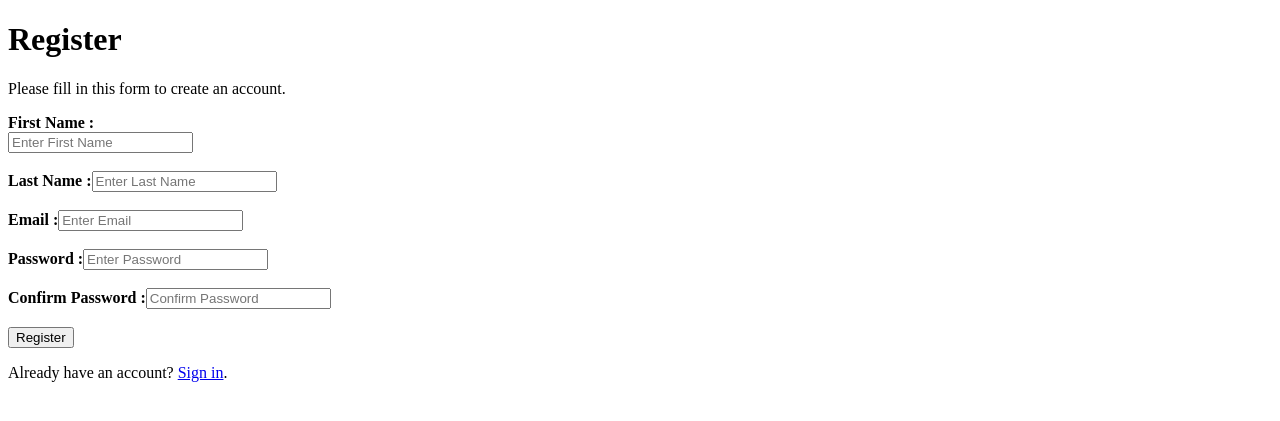
Repository: 1919satya/Mode2
Page: sample/sample/WebContent/sample.html
An editor plug-in stored every save of this project. The page is shown before and after the next save, followed by the edit.
The browser window is 1280 px wide. The pictures show the whole page.

Above is the page before, as saved 2019-10-09 09:46:30.

### sample/sample/WebContent/sample.html
<!DOCTYPE html>
<html>
<head>
<meta charset="ISO-8859-1">
<title>Insert title here</title>
</head>
<body>
<table>
<form >
  <div class="container">
    <h1>Register</h1>
    <p>Please fill in this form to create an account.</p>

    <b>First Name :</b>
    <tr><input type="text" placeholder="Enter First Name" name="firstName" required></tr> <br/><br/>
    <b>Last Name :</b>
    <tr><input type="text" placeholder="Enter Last Name" name="lastName" required></tr> <br/><br/>
    <b>Email :</b>
    <tr><input type="text" placeholder="Enter Email" name="email" required> <br/><br/></tr>

    <b>Password :</b>
    <tr><input type="password" placeholder="Enter Password" name="psw" required> <br/><br/></tr>

    <b>Confirm Password :</b>
    <input type="password" placeholder="Confirm Password" name="psw-repeat" required> <br/><br/>

    <button type="submit" class="registerbtn">Register</button>
  </div>

  <div class="container signin">
    <p>Already have an account? <a href="#">Sign in</a>.</p>
  </div>
</form>
</table>
</body>
</html>

After the next save:
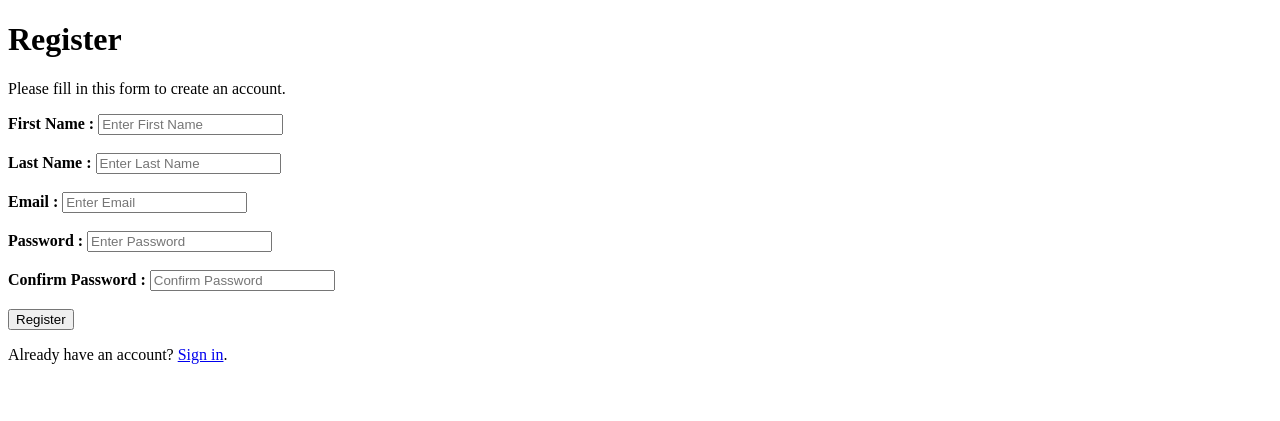
Saved 45 s later.
--- a/sample/sample/WebContent/sample.html
+++ b/sample/sample/WebContent/sample.html
@@ -5,21 +5,21 @@
 <title>Insert title here</title>
 </head>
 <body>
-<table>
+
 <form >
   <div class="container">
     <h1>Register</h1>
     <p>Please fill in this form to create an account.</p>
 
     <b>First Name :</b>
-    <tr><input type="text" placeholder="Enter First Name" name="firstName" required></tr> <br/><br/>
+    <input type="text" placeholder="Enter First Name" name="firstName" required><br/><br/>
     <b>Last Name :</b>
-    <tr><input type="text" placeholder="Enter Last Name" name="lastName" required></tr> <br/><br/>
+    <input type="text" placeholder="Enter Last Name" name="lastName" required> <br/><br/>
     <b>Email :</b>
-    <tr><input type="text" placeholder="Enter Email" name="email" required> <br/><br/></tr>
+    <input type="text" placeholder="Enter Email" name="email" required> <br/><br/>
 
     <b>Password :</b>
-    <tr><input type="password" placeholder="Enter Password" name="psw" required> <br/><br/></tr>
+    <input type="password" placeholder="Enter Password" name="psw" required> <br/><br/>
 
     <b>Confirm Password :</b>
     <input type="password" placeholder="Confirm Password" name="psw-repeat" required> <br/><br/>
@@ -31,6 +31,6 @@
     <p>Already have an account? <a href="#">Sign in</a>.</p>
   </div>
 </form>
-</table>
+
 </body>
 </html>
